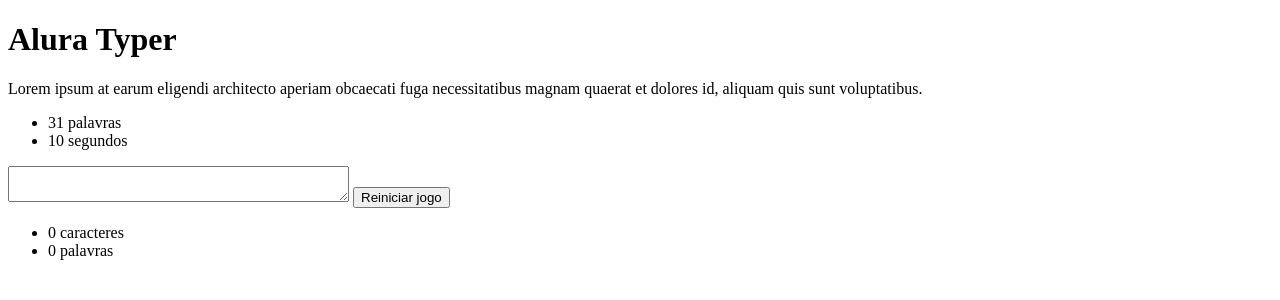
Repository: 2001mariana/jogo-digitacao-jquery
Page: public/principal.html
These files come from the project's save history. The page is drawn as it stood at one moment and after the next save; the edit follows.
The browser window is 1280 px wide. The pictures show the whole page.

Above is the page before, as saved 2022-10-20 15:22:28.
Console error: ReferenceError: campo is not defined

### public/principal.html
<!DOCTYPE html>
<html lang="pt-br">
<head>
    <meta charset="UTF-8">
    <title>Alura Typer</title>
</head>
<body>
    <h1>Alura Typer</h1>
    <p class="frase">
        Lorem ipsum at earum eligendi architecto aperiam obcaecati fuga necessitatibus magnam quaerat et dolores id, aliquam quis sunt voluptatibus.
    </p>

    <ul class="informacoes">
        <li class="informacoes--palavras"> palavras</li>
        <li><span id="tempo--digitacao">10</span> segundos</li>
    </ul>

    <textarea class="campo--digitacao" rols="8" cols="40"></textarea>
    <button id="botao--reiniciar">Reiniciar jogo</button>

    <ul class="informacoes">
        <li><span id="contador--caracteres">0</span> caracteres</li>
        <li><span id="contador--palavras">0</span> palavras</li>
    </ul>

    <script src="js/jquery.js"></script>
    <script src="js/main.js"></script>

</body>
</html>

### public/js/main.js

var tempoInicial = 10

$(document).ready(function() {
    console.log("pagina carregada")
    atualizarTamanhoFrase();
    inicializarContadores();
    inicializarCronometro();
})

function atualizarTamanhoFrase() {
    var frase = $(".frase").text();
    var numeroPalavras = frase.split(" ").length;
    var mostraNumeroPalavras = $(".informacoes--palavras").text(numeroPalavras + " palavras");

}



function inicializarContadores() {
   var campo = $(".campo--digitacao");
    campo.on("input", function() {
    var conteudo = campo.val();

    var qtdPalavras = conteudo.split(/\S+/).length - 1;
    $("#contador--palavras").text(qtdPalavras);

    var qtdCaracteres = conteudo.length;
    $("#contador--caracteres").text(qtdCaracteres);
    });
}


function inicializarCronometro() {
    var tempoRestante = $("#tempo--digitacao").text();
    campo.one("focus", function() {
    var cronometroID = setInterval(function() {
        tempoRestante--;

        $("#tempo--digitacao").text(tempoRestante);
        if (tempoRestante < 1) {
            campo.attr("disabled", true);
            clearInterval(cronometroID);
        }
    }, 1000);
    });
}


function reiniciarJogo() {
    $("#tempo--digitacao").text(tempoInicial);
    campo.attr("disabled", false);
    campo.val("");
    $("#contador--caracteres").text(0);
    $("#contador--palavras").text(0);
}

var botaoReiniciar = $("#botao--reiniciar");

botaoReiniciar.click(function() {
    reiniciarJogo()
    inicializarCronometro()
})

Loaded but not shown: public/js/jquery.js (library)

After the next save:
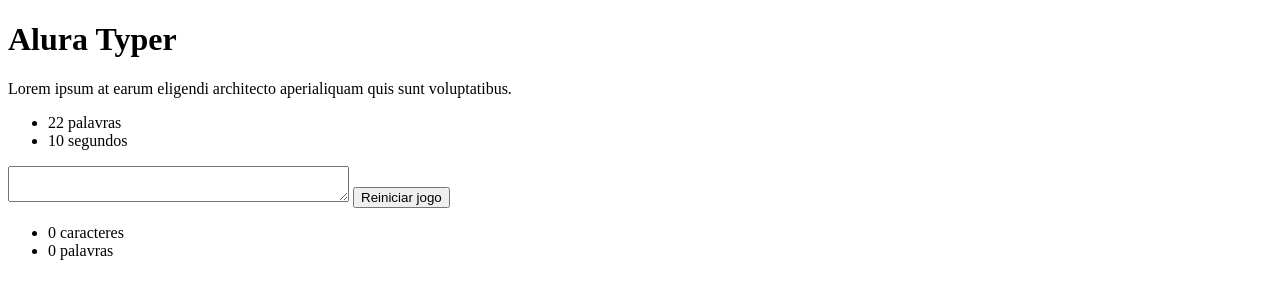
Saved 29 s later.
--- a/public/principal.html
+++ b/public/principal.html
@@ -7,7 +7,7 @@
 <body>
     <h1>Alura Typer</h1>
     <p class="frase">
-        Lorem ipsum at earum eligendi architecto aperiam obcaecati fuga necessitatibus magnam quaerat et dolores id, aliquam quis sunt voluptatibus.
+        Lorem ipsum at earum eligendi architecto aperialiquam quis sunt voluptatibus.
     </p>
 
     <ul class="informacoes">
